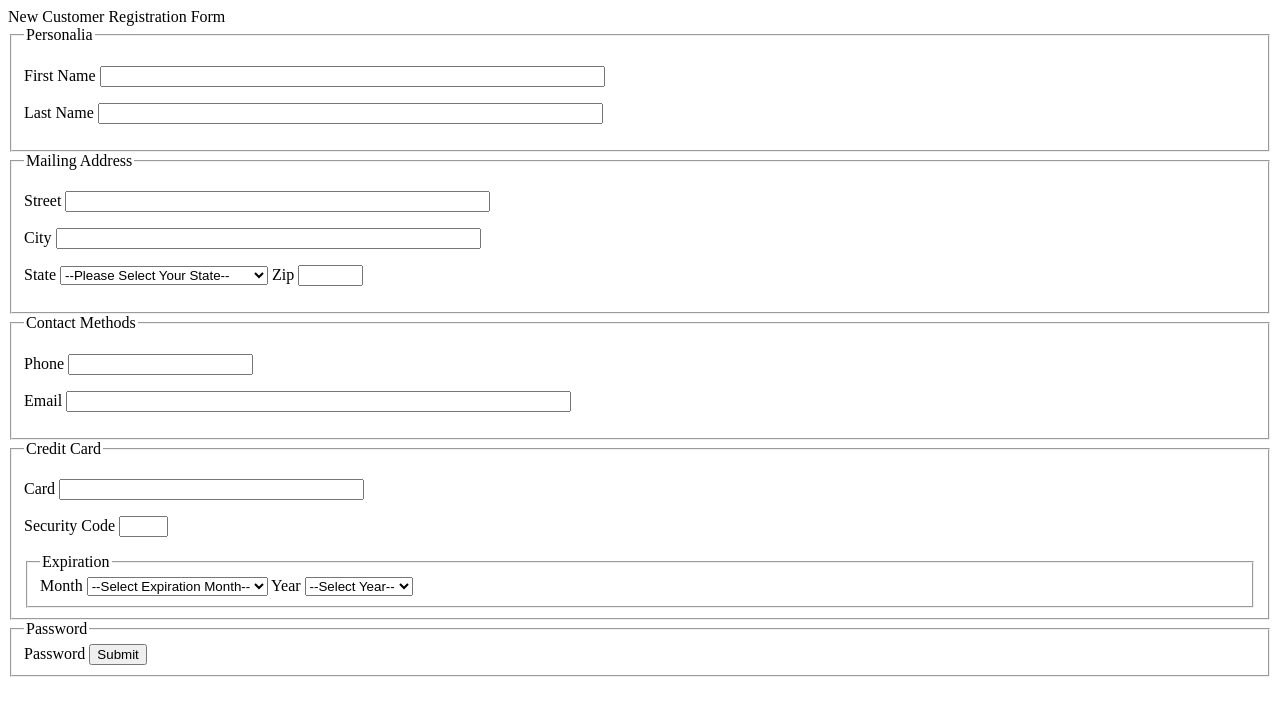
Repository: banjilawal/htdocs
Page: http://localhost/controls/new_customer-form.php
These files come from the project's save history. The page is drawn as it stood at one moment and after the next save; the edit follows.
The browser window is 1280 px wide. The pictures show the whole page.
The page is run by PHP 8.4 with error messages shown; the project is at /var/www/html/.

Above is the page before, as saved 2022-03-26 23:59:02.

After the next save:
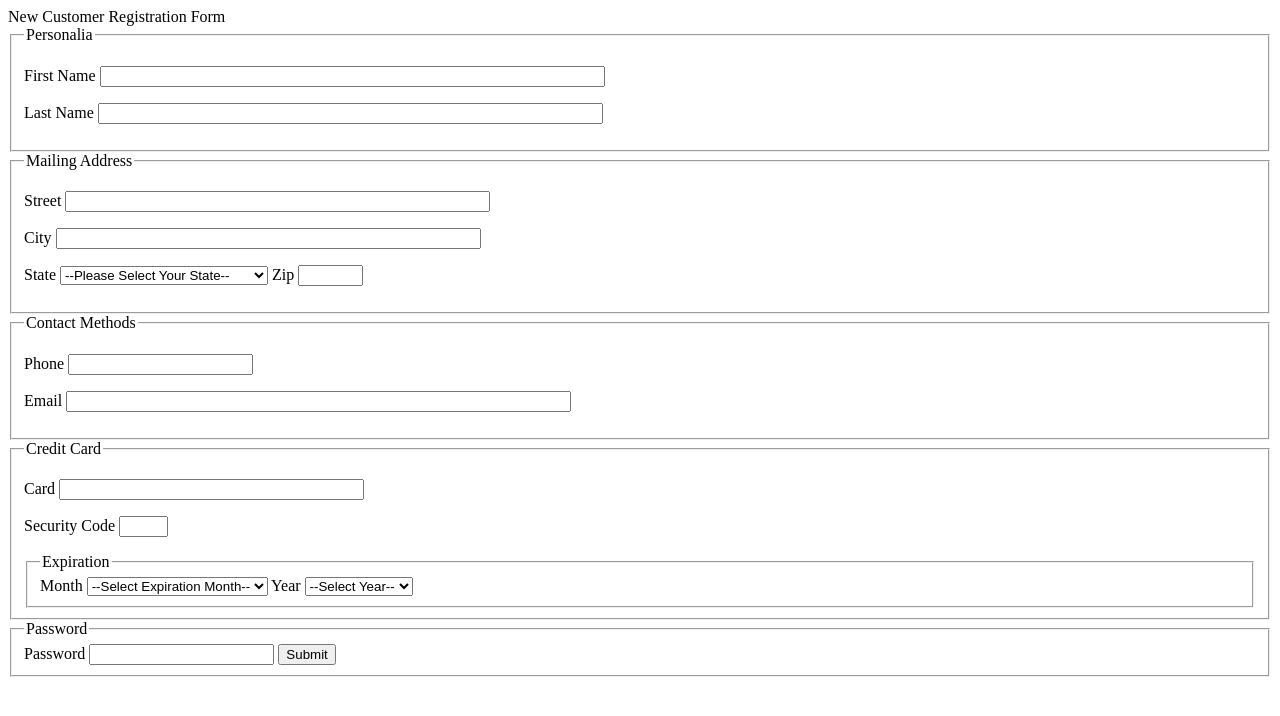
Saved 2 s later.
--- a/shop-0.01/controls/new_customer-form.php
+++ b/shop-0.01/controls/new_customer-form.php
@@ -179,7 +179,7 @@
 
         <fieldset><legend>Password</legend>
             <label for="password">Password</label>
-            <in
+            <input
 
         </fieldset>
 
